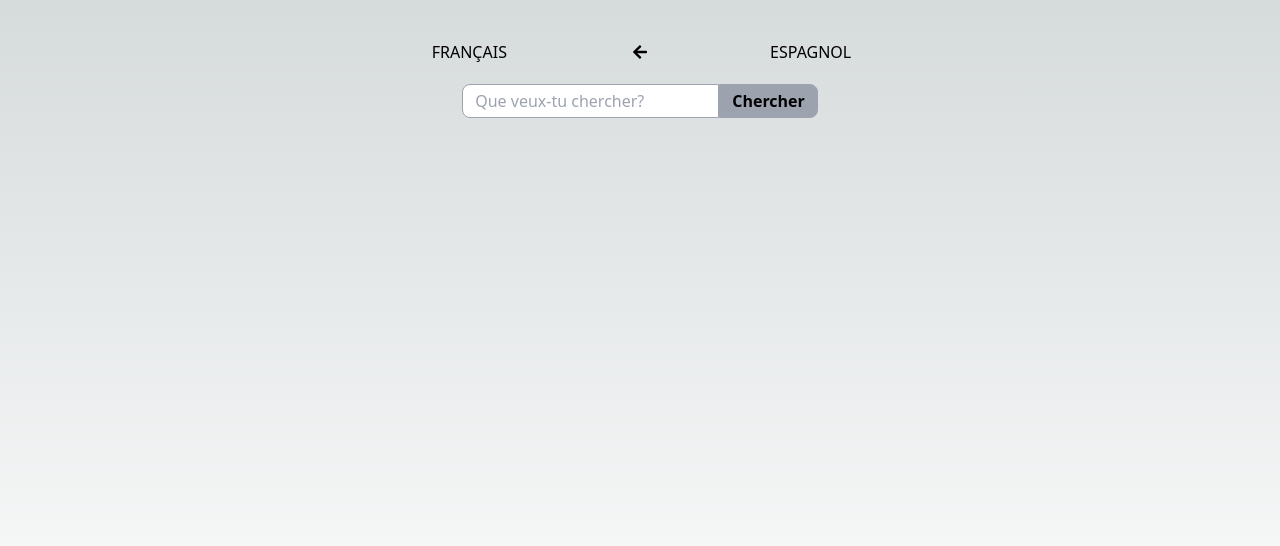
Repository: All-Khwarizmi/Dico
Page: /
An editor plug-in stored every save of this project. The page is shown before and after the next save, followed by the edit.
The browser window is 1280 px wide. The pictures show the whole page.
The project was rebuilt for these pictures with package versions that can differ from the ones it lists, and the page was loaded fresh each time. The framework's server and built-in components were replaced by stand-ins that run in the browser. Also part of the build but not shown: next.config.js, vite.config.ts.

Above is the page before, as saved 2023-02-18 08:10:02.

### src/app/page.tsx
'use client';
import Image from 'next/image';
import { Inter } from '@next/font/google';
import { FaArrowLeft } from 'react-icons/fa';
import { BsArrowRight } from 'react-icons/bs';
import { FaArrowRight } from 'react-icons/fa';
import EspModal from '@/components/EspModal';
import DicoModal from '@/components/DicoModal';

const inter = Inter({ subsets: ['latin'] });
import parse from 'html-react-parser';
import { useState } from 'react';
import Link from 'next/link';

type Trad = {
  source: string;
  target: string;
};
type Translations = Array<Trad>;
interface TranslationsFetch {
  translations: Array<Trad>;
}
export default function Home() {
  const [word, setWord] = useState<string>('');
  const [isFr, setIsFR] = useState<Boolean>(false);
  const [isLoading, setIsLoading] = useState<Boolean>(false);
  const [isTranslations, setIsTranslations] = useState<Boolean>(false);
  const [translations, setTranslations] = useState<Translations>([]);

  const submitWord = (e: React.FormEvent<HTMLFormElement>) => {
    e.preventDefault();
    setIsLoading(true)
    let check = word.split(' ').length;
    console.log('Submitting', check);
    if (check > 1) {
      return window.alert('1 mot à la fois');
    }
    if (isFr) return fetchDico(word.toLocaleLowerCase()).catch((err) => console.log(err));
    fetchDicoEsp(word.toLocaleLowerCase()).catch((err) => console.log(err));
  };

  const inputWord = (e: React.ChangeEvent<HTMLInputElement>) => {
    return setWord(e.target.value);
  };

  const fetchDico = async (word: string): Promise<void> => {
    console.log('Fetching..');
    const url = 'https://dico-ochre.vercel.app/api/dico';
    const options: RequestInit = {
      method: 'POST',
      headers: {
        'Content-Type': 'text/plain;charset=UTF-8',
      },
      body: JSON.stringify(word),
    };
    const res = await fetch(url, options);
    // eslint-disable-next-line @typescript-eslint/no-unsafe-assignment
    const data = await res.json();
    console.log('Data: ', data);
    // eslint-disable-next-line @typescript-eslint/no-unsafe-assignment
    const { translations }: TranslationsFetch = data;
    setTranslations(translations);
    setIsTranslations(true);
    setWord('');
  };
  const fetchDicoEsp = async (word: string): Promise<void> => {
    console.log('Fetching..');
    const url = 'https://dico-ochre.vercel.app/api/esp';
    const options: RequestInit = {
      method: 'POST',
      headers: {
        'Content-Type': 'text/plain;charset=UTF-8',
      },
      body: JSON.stringify(word),
    };
    const res = await fetch(url, options);
    // eslint-disable-next-line @typescript-eslint/no-unsafe-assignment
    const data = await res.json();
    console.log('Data: ', data);
    // eslint-disable-next-line @typescript-eslint/no-unsafe-assignment
    const { translations }: TranslationsFetch = data;
    setTranslations(translations);
    setIsTranslations(true);
    setWord('');
  };
  return (
    <main className='h-screen w-screen'>
      <div className='grid place-items-center pt-5 '>
        {isFr ? (
          <div
            className={`grid  grid-cols-3 ${
              isTranslations ? 'w-[40%]' : 'w-[20%]'
            }  place-items-center  `}
          >
            <button onClick={() => setIsFR(!isFr)}>
              <h1 className='py-5 text-center uppercase text-1xl'>Français</h1>
            </button>
            <button onClick={() => setIsFR(!isFr)}>
              <FaArrowRight />
            </button>
            <button onClick={() => setIsFR(!isFr)}>
              <h1 className='py-5 text-center uppercase text-1xl'>Espagnol</h1>
            </button>
          </div>
        ) : (
          <div className='grid w-[40%] grid-cols-3  place-items-center  '>
            <button onClick={() => setIsFR(!isFr)}>
              <h1 className='py-5 text-center uppercase text-1xl'>Français</h1>
            </button>
            <button onClick={() => setIsFR(!isFr)}>
              <FaArrowLeft />
            </button>
            <button onClick={() => setIsFR(!isFr)}>
              <h1 className='py-5 text-center uppercase text-1xl'>Espagnol</h1>
            </button>
          </div>
        )}
      </div>
      <div className='flex h-[80%] flex-col  items-center gap-5'>
        {isLoading ? (
          !isTranslations ? (
            <p className='dark:text-white text-black text-2xl font-bold'>
              Loading...
            </p>
          ) : null
        ) : null}
        {isTranslations && (
          <div className=' h-[60%] max-h-[80%] lg:w-[40%] md:w-[50%] w-[90%] rounded-lg overflow-scroll rounded border-2 border-solid dark:border-gray-600 dark:bg-gray-700 shadow-md shadow-gray-500 '>
            <div className='text-black '>
              <div className=''>
                <table className='  relative w-full text-left text-sm text-gray-500 dark:text-gray-400'>
                  <thead className='  sticky top-0 bg-gray-400 dark:bg-gray-900 text-xs uppercase text-gray-700 '>
                    <tr>
                      <th
                        scope='col'
                        className='px-6 font-bold text-black text-center dark:text-white py-3 '
                      >
                        Dans le sens de
                      </th>
                      <th
                        scope='col'
                        className='px-6 font-bold text-black text-center dark:text-white py-3 '
                      >
                        Traduction
                      </th>
                    </tr>
                  </thead>
                  <tbody className='bg-gray-800'>
                    {translations?.map((trad: Trad, index) => {
                      return (
                        <tr
                          className='border-b text-center bg-white  dark:border-gray-700 dark:bg-gray-800'
                          key={index}
                        >
                          <td className='px-6 py-4'> {parse(trad?.source)}</td>
                          <th
                            scope='row'
                            className='whitespace-nowrap text-center px-6 py-4 font-medium text-gray-900 dark:text-white'
                          >
                            {parse(trad?.target)}
                          </th>
                        </tr>
                      );
                    })}
                  </tbody>
                </table>
              </div>
            </div>
          </div>
        )}

        <form className='text-black  ' onSubmit={(e) => submitWord(e)}>
          <input
            onChange={(event) => inputWord(event)}
            value={word}
            placeholder='Que veux-tu chercher?'
            className='rounded-lg border border-gray-400  dark:text-white border-1 dark:bg-gray-700 rounded-r-none px-3 py-1'
            type='text'
            name='word'
            id='word'
          />
          <button
            className='rounded-lg border border-gray-400 border-1 rounded-l-none bg-gray-400 dark:text-white  text-md font-bold dark:bg-purple-900 px-3 py-1 dark:py-1'
            type='submit'
          >
            Chercher
          </button>
        </form>
      </div>
    </main>
  );
}

Loaded but not shown: src/app/layout.tsx (common file); src/app/globals.css (common file); tailwind.config.js (common file)

After the next save:
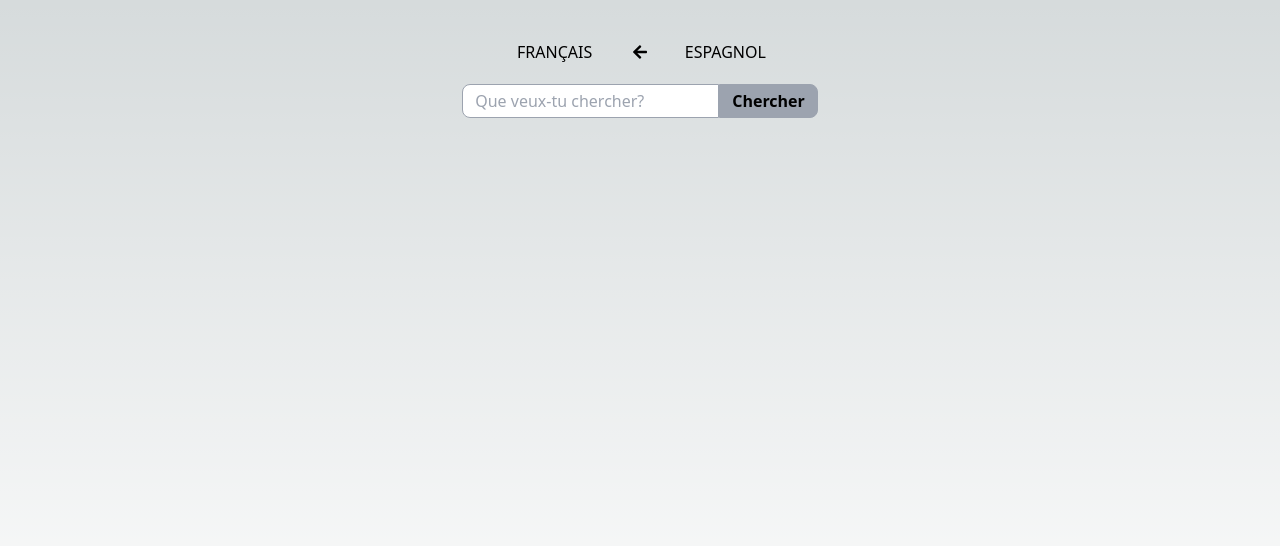
Saved 28 s later.
--- a/src/app/page.tsx
+++ b/src/app/page.tsx
@@ -103,7 +103,11 @@ export default function Home() {
             </button>
           </div>
         ) : (
-          <div className='grid w-[40%] grid-cols-3  place-items-center  '>
+          <div
+            className={`grid  grid-cols-3 ${
+              isTranslations ? 'w-[40%]' : 'w-[20%]'
+            }  place-items-center  `}
+          >
             <button onClick={() => setIsFR(!isFr)}>
               <h1 className='py-5 text-center uppercase text-1xl'>Français</h1>
             </button>
